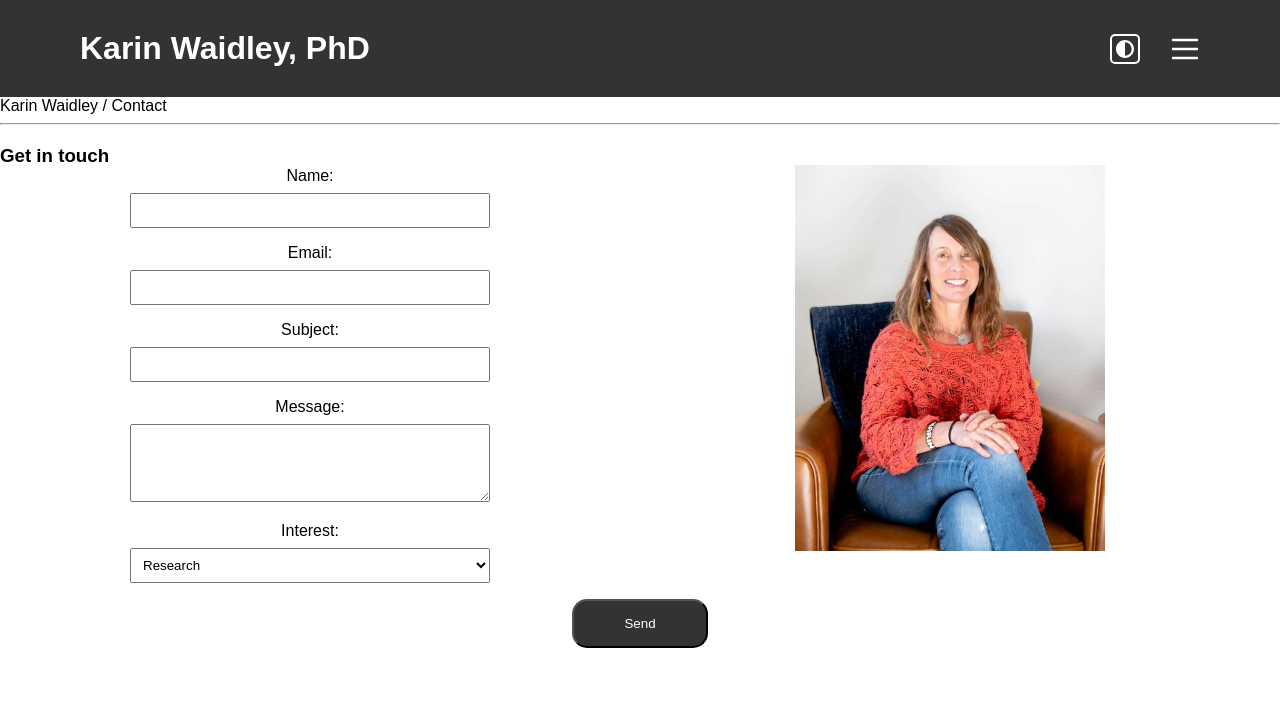
Repository: Ceasor7/Karin
Page: contact.html
The author's editor kept a copy of each file at every save. The page is drawn from the files as they stood at one save, then again after the next save.
The browser window is 1280 px wide. The pictures show the whole page.

Above is the page before, as saved 2023-12-14 14:34:47.

### contact.html
<!DOCTYPE html>
<html lang="en">

<head>
    <meta charset="UTF-8">
    <meta name="viewport" content="width=device-width, initial-scale=1.0">
    <title>Karin Waidley, PhD | Contact</title>
    <style>
        /* Resetting some default styles for better consistency */
        body,
        h1,
        h2,
        h3,
        p,
        ul,
        li {
            margin: 0;
            padding: 0;
            list-style: none;
        }

        /* Global styles */
        body {
            font-family: Arial, sans-serif;
        }

        /* Navbar styles */
        header {
            background-color: #333;
            color: white;
            padding: 10px 0;
        }

        .navbar {
            display: flex;
            justify-content: space-between;
            align-items: center;
            padding: 20px;
            margin-left: 60px;
            margin-right: 60px;
        }

        .navbar-logo {
            font-size: 2em;
            font-weight: bold;
        }

        .navbar-icons {
            display: flex;
            gap: 10px;
        }

        .dark-mode-toggle {
            color: var(--secondary-color);
            border: 2px solid currentColor;
            padding: 4px;
            background: transparent;
            cursor: pointer;
            border-radius: 5px;
            width: 30px;
            height: 30px;
        }

        .dark-mode-toggle,
        .svg-icon {
            margin-right: 20px;
        }

        /* Main content styles */
        section {
            margin-top: 20px;
        }

        /* Contact form styles */
        form {
            max-width: 600px;
            margin: 0 auto;
            text-align: center;
        }

        label {
            display: block;
            margin-bottom: 8px;
        }

        input,
        textarea,
        select {
            width: 60%;
            padding: 8px;
            margin-bottom: 16px;
            box-sizing: border-box;
        }

        /* New section styles */
        .image-section {
            text-align: center;
            margin-top: 20px;
        }

        .image-section img {
            max-width: 50%;
            height: auto;
        }

        /* Add this CSS to make the two divs beside each other */
        .flex-container {
            display: flex;
            justify-content: space-between;
            margin-top: 20px;
        }

        .flex-container>div {
            flex: 1;
            margin-right: 20px;
        }

        .form-button {
            text-align: center;
        }

        .formSend-button {
            padding: 15px;
            background-color: #333;
            color: white;
            padding-left: 50px;
            padding-right: 50px;
            border-radius: 15px;
        }
    </style>
</head>

<body>
    <header>
        <div class="navbar">
            <div class="navbar-logo">Karin Waidley, PhD</div>
            <div class="navbar-icons">
                <button id="dark-mode-toggle" class="dark-mode-toggle">
                    <svg width="100%" xmlns="http://www.w3.org/2000/svg" viewBox="0 0 496 496">
                        <path fill="currentColor"
                            d="M8,256C8,393,119,504,256,504S504,393,504,256,393,8,256,8,8,119,8,256ZM256,440V72a184,184,0,0,1,0,368Z"
                            transform="translate(-8 -8)" />
                    </svg>
                </button>
                <svg xmlns="http://www.w3.org/2000/svg" x="0px" y="0px" width="30" height="30" viewBox="0 0 50 50"
                    style="fill:#FFFFFF;">
                    <path
                        d="M 5 8 A 2.0002 2.0002 0 1 0 5 12 L 45 12 A 2.0002 2.0002 0 1 0 45 8 L 5 8 z M 5 23 A 2.0002 2.0002 0 1 0 5 27 L 45 27 A 2.0002 2.0002 0 1 0 45 23 L 5 23 z M 5 38 A 2.0002 2.0002 0 1 0 5 42 L 45 42 A 2.0002 2.0002 0 1 0 45 38 L 5 38 z">
                    </path>
                </svg>
            </div>
        </div>
    </header>

    <div>
        <p>Karin Waidley / Contact</p>
    </div>
    <hr>
    <div class="flex-container">
        <div>
            <h3>Get in touch</h3>
            <form>
                <label for="name">Name:</label>
                <input type="text" id="name" name="name" required>

                <label for="email">Email:</label>
                <input type="email" id="email" name="email" required>

                <label for="subject">Subject:</label>
                <input type="text" id="subject" name="subject" required>

                <label for="message">Message:</label>
                <textarea id="message" name="message" rows="4" required></textarea>

                <label for="interest">Interest:</label>
                <select id="interest" name="interest">
                    <option value="research">Research</option>
                    <option value="speaking">Speaking</option>
                    <option value="teaching">Teaching</option>
                    <option value="community-reach">Community Reach</option>
                </select>
            </form>
        </div>
        <!-- New section with image -->
        <div class="image-section">
            <img src="images/Karin.jpeg" alt="Karin Waidley">
        </div>
    </div>
    <div class="form-button">
        <button class="formSend-button" type="submit">Send</button>
    </div>


</body>

</html>

After the next save:
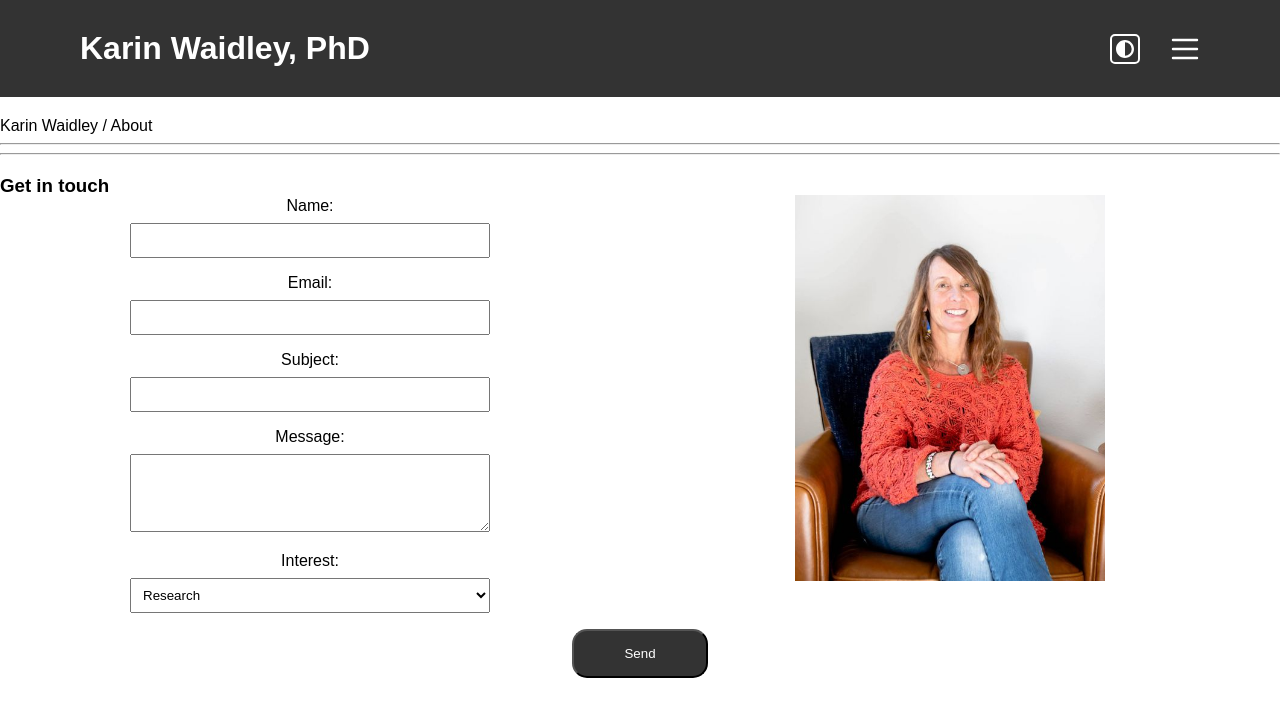
Saved 66 s later.
--- a/contact.html
+++ b/contact.html
@@ -152,9 +152,10 @@
         </div>
     </header>
 
-    <div>
-        <p>Karin Waidley / Contact</p>
-    </div>
+    <section>
+        <p class="page-title">Karin Waidley / About</p>
+        <hr>
+    </section>
     <hr>
     <div class="flex-container">
         <div>
